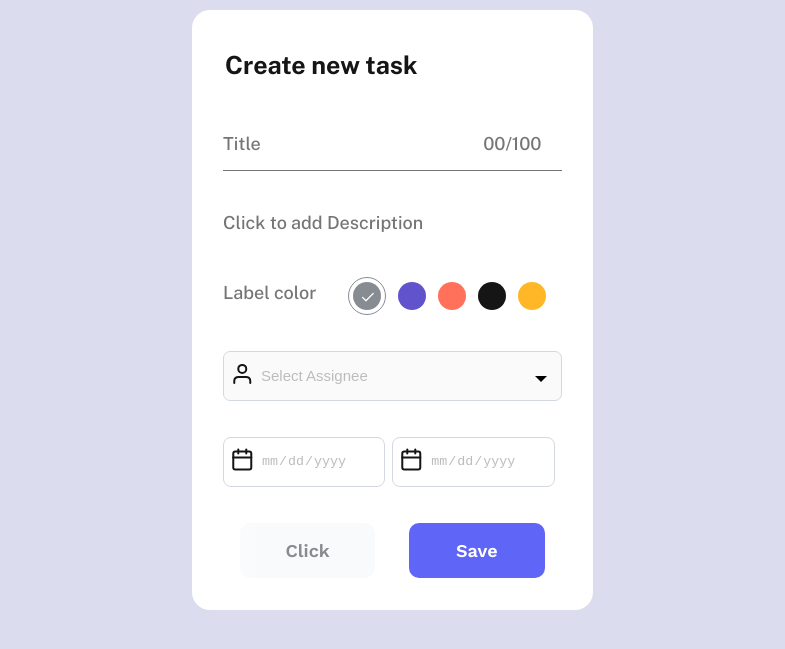
Repository: MorgunovaAlexandra/verstka-form
Page: index.html
The author's editor kept a copy of each file at every save. The page is drawn from the files as they stood at one save, then again after a run of saves.
The browser window is 768 px wide. The page is 768 px wide, then 785 px, so the pictures cover 785 px, including what lies to the right of the window. The pictures show the whole page.
The style sheet was rebuilt from its Sass, Less or Tailwind sources for each picture, by a compiler version that may differ from the author's.

Above is the page before, as saved 2022-06-24 17:22:54.

### index.html
<!DOCTYPE html>
<html lang="ru">
<head>
    <meta charset="UTF-8">
    <meta http-equiv="X-UA-Compatible" content="IE=edge">
    <meta name="viewport" content="width=device-width, initial-scale=1.0">
    <link rel="stylesheet" href="./css/style.css">
    <title>Document</title>
</head>
<body>
    <div class="wrapper">
       <form class="form">

           <div class="fieldset">
            <legend><b>Create new task</b></legend>
            <div class="form__container __container">
            <div class="text-field">
                <input class="text-field__input" type="text" name="firstname" id="firstname" value=""
                >
                <label class="text-field__label" for="username">Title</label>
                <label class="text-field__label2" for="username">00/100</label>
              </div>
              <div class="form-field__text">Click to add Description</div>
              <div class="form-fied__color field-color">
                  <div class="field-color__text">Label color</div>
                  <div class="field-color__color circle">
                      <div class="circle__border">
                          <div class="circle__color grey">
                              <img class="circle__img" src="./img/done.svg">
                          </div>
                      </div>
                      <div class="circle__color purple"></div>
                      <div class="circle__color red"></div>
                      <div class="circle__color black"></div>
                      <div class="circle__color yellow"></div>
                  </div>
              </div>
              <div class="form-field__select">
                  <div class="select__arrow">
                    <select name="select-category" id="" class="select">
                        <option value="1">Select Assignee</option>
                        <option value="2">Select Assignee</option>
                        <option value="3">Select Assignee</option>
                      </select>
                  </div>
              </div>
              <div class="form-field__date">
                  <div class="data-form">
                    <input class="input" type="date"></input>
                  </div>
                  <div class="data-form">
                    <input class="input" type="date"></input>
                  </div>
              </div>
              <div class="form-field__sibmit submit">
                  <input class="submit__click" type="submit" value="Click">
                  <input class="submit__click save-blue" type="submit" value="Save">
              </div>

              <!-- <div class="form-field__date">
                <div class="form-group">
                    <div class="input-group" id="datetimepicker2">
                      <input type="text" class="form-control" />

                    </div>
                  </div>
              </div> -->
              </div>
           </div>
        </form>
    </div>

    <script src="./script.js"></script>
</body>
</html>

### script.js
 document.getElementById ('firstname').onkeydown=keyDown

function keyDown(){
    let str=document.getElementById ('firstname').value;

    console.log(str.length)
    document.querySelector('.text-field__label2').innerHTML=`${str.length}/100`
}

### scss/style.scss
@import "variables";
@import "mixins";
@import url('https://fonts.googleapis.com/css2?family=Public+Sans:wght@500;700&display=swap');
@import url('https://fonts.googleapis.com/css2?family=Work+Sans:wght@600&display=swap');
body {
   background-color: $ColorBody;
   font-family:$fontFamily ;
   font-weight: $fontWaight;
   line-height: $lineHeight;
   font-size: $fontSize;
   color:$ColorGrey;
}
.__container{
    padding-left: 31px;
    padding-right: 31px;
}
.form{
    width: 495.55px;
    height: 613.21px;
    background-color: white;
    border-radius: 23px;
    box-sizing: border-box;
    position: fixed; top: 50%; left: 50%;
    -webkit-transform: translate(-50%, -50%);
    -ms-transform: translate(-50%, -50%);
    transform: translate(-50%, -50%);
}
legend{
    margin-top: 40px;
    margin-left: 31px;
    font-weight: 700;
    font-size: 25px;
    color:$ColorBlack;
}
.text-field{
    position: relative;
    display: flex;
    justify-content: center;
    margin-top: 46px;
    margin-bottom: 36px;

}
.text-field__input{
    width: 100%;
    height: 40px;
    border: none;
    border-bottom: 1px solid $ColorGrey ;
    padding-left: 60px;
    color:#566789;
    font-size: 18px;
 }

.text-field__input:focus + .text-field__label{
  top:-23px;
}
.text-field__label{
   position: absolute;
   left: 0px;


}
.text-field__label2{
    position: absolute;
    right: 20px;
}
.form-field__text{
    margin-bottom: 38px;
}
.form-fied__color{
    display: flex;
    justify-content: flex-start;
    margin-bottom: 36px;
}
.field-color__text{
margin-right: 32px;
}
.field-color__color{
    display: flex;
   align-items: center;
}

.circle__border{
    position: relative;
    width: 36px;
    height: 36px;
    border-radius: 50%;
    border: 1px solid #878C93;
}
.grey{
    position: absolute;
    width: 28px;
    height: 28px;
    top:4px;
    left: 4px;
    border-color: #878C93;
    border-radius: 50%;
    z-index: 30;

    background-color:
    #878C93;
}
.circle__img{
    position: absolute;
    top:10px;
    left: 8px;
}
.circle__color{
    width: 28px;
    height: 28px;
    border-radius: 50%;
    margin-right:12px ;
}
.purple{
    background-color: #6153CC;
    margin-left: 12px;
}
.red{
    background-color:#FF715B;
}
.black{
    background-color:$ColorBlack;
}
.yellow{
    background-color:#FFB627;
    margin-right:0px ;
}
.select{
    appearance: none;
    border: 1px solid #566789;
    opacity: 26%;
    width: 100%;
    height: 50px;
    border-radius: 7px;
    cursor: pointer;
    padding-left: 37px;
    padding-top: 15px;
    padding-bottom: 16px;
    padding-right: 35px;
    font-size: 15px;

}
.select__arrow{
    position: relative;
}
.select__arrow::after{
content: "";
position: absolute;
top:50%;
right: 15px;
transform: translateY(-50%);
display: block;
width: 12px;
height: 6px;

pointer-events: none;

width: 0;
height: 0;
border-style: solid;
border-width: 6px 6px 0 6px;
border-color: #000000 transparent transparent transparent;
border-style: inset;
-webkit-transform:rotate(360deg);


}
.select__arrow::before{
content: "";
position: absolute;
top:20%;
left: 7px;
background: no-repeat url("../img/user.svg");
width: 34px;
height: 30px;
display: block;
z-index: 44;

}
.data-form{
    margin-top: 36px;
    margin-bottom: 36px;
    position: relative;
    width: 100%;
}
.form-field__date{
    display: flex;
    justify-content: space-between;

}
.data-form::before{
    content: "";
    position: absolute;
    top:20%;
    left: 7px;
    background: no-repeat url("../img/calendar.svg");
    width: 34px;
    height: 30px;
    display: block;
    z-index: 44;

}
.input{
    box-sizing: border-box;
    width: 96%;
    height: 50px;
    border: 1px solid #566789;
    opacity: 26%;
    border-radius: 7.86px;
    padding-left:37px ;
}

.input::-webkit-calendar-picker-indicator{
        display: none;
    }

.input[type="date"]::-webkit-input-placeholder{
        visibility: hidden !important;
    }



.submit__click{
   color:$colorBlackGray;
    opacity: 50%;
    font-weight: 600;
    font-size: 18px;
    font-family: 'Work Sans', sans-serif;
    background-color: #F5F7FB;
    }

.form-field__sibmit{
    display: flex;
    justify-content: space-around;
}
.submit__click{
    width: 40%;
    height: 55px;
    border-radius: 10px;
    border: none

}
.save-blue{
    background-color: #5F65F6;
    opacity: 100%;
    color:white;
}



/* media for 768*/
@media(max-width:768px){
    .form{
    border-radius: 18px;
    width: 400.55px;
    height: 600.21px;
    position: absolute;
    top:10px;
    left: 25%;
    right: 25%;
    -webkit-transform: none; /* Safari and Chrome */
       -moz-transform: none; /* Firefox */
        -ms-transform: none; /* IE 9 */
         -o-transform: none; /* Opera */
            transform: none;
    }
}

### scss/variables.scss
$bgColor: green;
$fontFamily:'Public Sans', sans-serif;
$fontWaight:500;
$fontSize:18px;
$lineHeight:31.86px;
$ColorBody:#DBDCEE;
$ColorBlack:#151515;
$ColorGrey:#757575;
$colorBlackGray: #151920

### scss/mixins.scss
@mixin vov($color) {
    font-size: 30px;
    background-color:$color ;
}

After the next 2 saves:
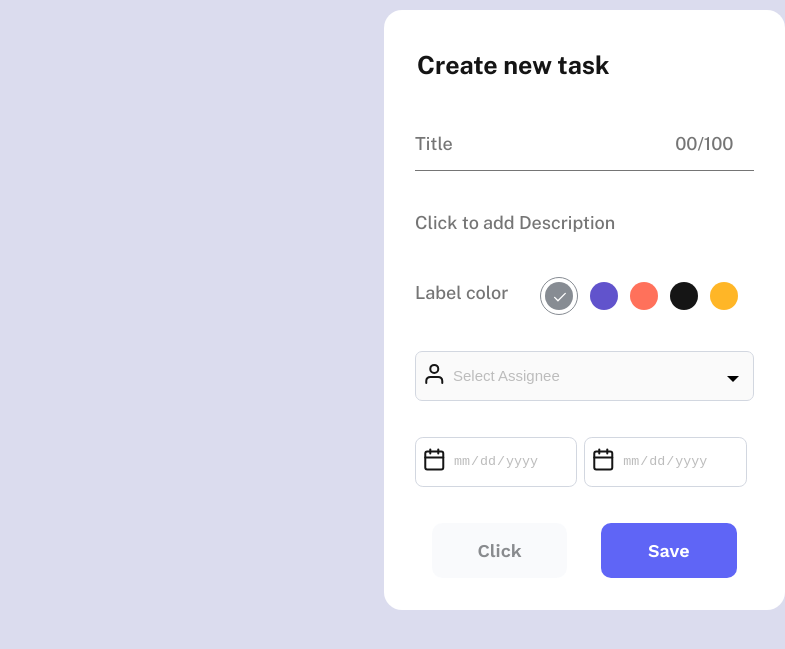
The 2 saves are shown as one change because they came seconds apart.
The last was saved 7 s later.
--- a/scss/style.scss
+++ b/scss/style.scss
@@ -255,8 +255,8 @@ z-index: 44;
     height: 600.21px;
     position: absolute;
     top:10px;
-    left: 25%;
-    right: 25%;
+
+
     -webkit-transform: none; /* Safari and Chrome */
        -moz-transform: none; /* Firefox */
         -ms-transform: none; /* IE 9 */
